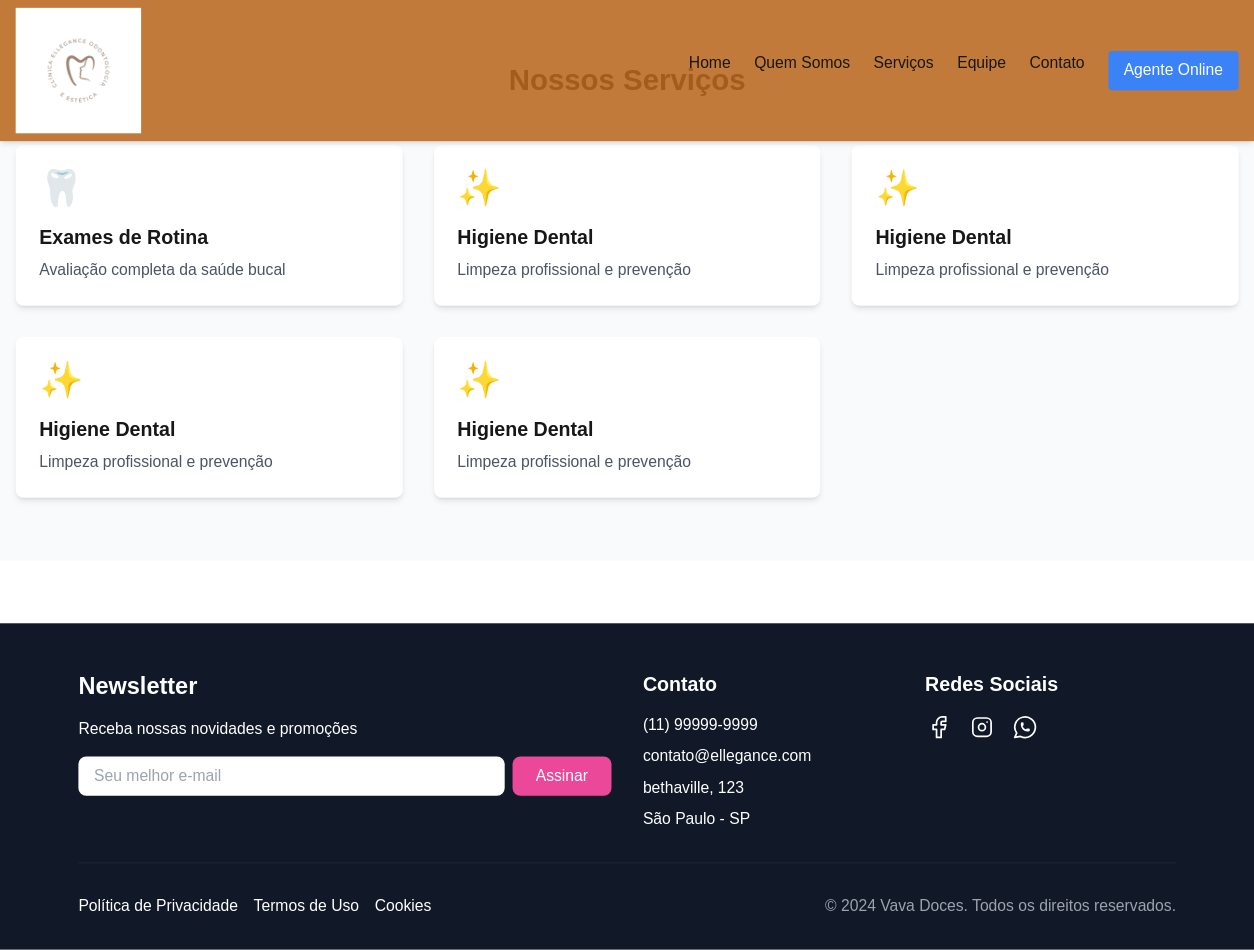
Repository: francisguitt/ellegance_odontologia
Page: /services_
An editor plug-in stored every save of this project. The page is shown before and after the next save, followed by the edit.
The browser window is 1280 px wide. The pictures show the whole page, at 98% of full size.
The project was rebuilt for these pictures with package versions that can differ from the ones it lists, and the page was loaded fresh each time. The framework's server and built-in components were replaced by stand-ins that run in the browser. Also part of the build but not shown: next.config.mjs.

Above is the page before, as saved 2025-02-22 11:58:35.

### src/app/layout.tsx
import type { Metadata } from "next";
import localFont from "next/font/local";
import "./globals.css";
import Header from "@/app/components/header";
import Footer from "@/app/components/footer";

const geistSans = localFont({
  src: "./fonts/GeistVF.woff",
  variable: "--font-geist-sans",
  weight: "100 900",
});
const geistMono = localFont({
  src: "./fonts/GeistMonoVF.woff",
  variable: "--font-geist-mono",
  weight: "100 900",
});

export const metadata: Metadata = {
  title: "Create Next App",
  description: "Generated by create next app",
};

export default function RootLayout({
  children,
}: Readonly<{
  children: React.ReactNode;
}>) {
  return (
    <html lang="en">
      <body
        className={`${geistSans.variable} ${geistMono.variable} antialiased`}
      >
      <Header/>
        {children}
        <Footer/>
      </body>
    </html>
  );
}

### src/app/services_/page.tsx
const Services = () => {
    const services = [
      {
        title: 'Exames de Rotina',
        description: 'Avaliação completa da saúde bucal',
        icon: '🦷'
      },
      {
        title: 'Higiene Dental',
        description: 'Limpeza profissional e prevenção',
        icon: '✨'
      },
      {
        title: 'Higiene Dental',
        description: 'Limpeza profissional e prevenção',
        icon: '✨'
      },
      {
        title: 'Higiene Dental',
        description: 'Limpeza profissional e prevenção',
        icon: '✨'
      },
      {
        title: 'Higiene Dental',
        description: 'Limpeza profissional e prevenção',
        icon: '✨'
      },
    ];

    return (
      <section id="services" className="py-16 bg-gray-50">
        <div className="container mx-auto px-4">
          <h2 className="text-3xl font-bold text-center mb-12">Nossos Serviços</h2>
          <div className="grid grid-cols-1 md:grid-cols-3 gap-8">
            {services.map((service, index) => (
              <div key={index} className="bg-white p-6 rounded-lg shadow-md">
                <div className="text-4xl mb-4">{service.icon}</div>
                <h3 className="text-xl font-semibold mb-2">{service.title}</h3>
                <p className="text-gray-600">{service.description}</p>
              </div>
            ))}
          </div>
        </div>
      </section>
    );
  };

  export default Services;

### src/app/globals.css
@tailwind base;
@tailwind components;
@tailwind utilities;

:root {
  --primary-color: #b8671cde;
  --secundary-color: #ffd079;
  --background: #ffffff;
  --foreground: #171717;
}

@media (prefers-color-scheme: dark) {
  :root {
    /* --background: #0a0a0a;
    --foreground: #ededed; */
  }
}

body {
  color: var(--foreground);
  background: var(--background);
  font-family: Arial, Helvetica, sans-serif;
}

@layer utilities {
  .text-balance {
    text-wrap: balance;
  }
}

### src/app/components/header.tsx


"use client";
import { useState } from 'react';
import { Link } from 'react-scroll';
import Image from 'next/image';
import logo from "@/images/logo_odonto.jpg";
import { IconMenu2, IconX } from '@tabler/icons-react';

const Header = () => {
  const [isMenuOpen, setIsMenuOpen] = useState(false);

  const toggleMenu = () => {
    setIsMenuOpen(!isMenuOpen);
  };

  const menuItems = [
    { to: "home", label: "Home" },
    { to: "about", label: "Quem Somos" },
    { to: "services", label: "Serviços" },
    { to: "team", label: "Equipe" },
    { to: "contact", label: "Contato" },
  ];

  return (
    <header className="fixed w-full  bg-[var(--primary-color)] shadow-md z-50">
      <div className="container mx-auto px-4 py-2 flex justify-between items-center">
        {/* <div className="logo">  */}
          <Image
            src={logo}
            alt="Ellegance Dental"
            className="w-32 h-32"
          />
        {/* </div> */}

        {/* Desktop Navigation */}
        <nav className="hidden md:flex space-x-6">
          {menuItems.map((item) => (
            <Link
              key={item.to}
              to={item.to}
              smooth={true}
              className="cursor-pointer hover:text-blue-500 transition-colors"
            >
              {item.label}
            </Link>
          ))}
          <button className="bg-blue-500 text-white px-4 py-2 rounded hover:bg-blue-600 transition-colors">
            Agente Online
          </button>
        </nav>

        {/* Mobile Menu Button */}
        <button
          onClick={toggleMenu}
          className="md:hidden text-gray-600 hover:text-blue-500 transition-colors"
        >
          {isMenuOpen ? <IconX size={24} /> : <IconMenu2 size={24} />}
        </button>
      </div>

      {/* Mobile Navigation */}
      <nav className={`
        md:hidden bg-white
        transition-all duration-300 ease-in-out
        ${isMenuOpen ? 'max-h-96 opacity-100' : 'max-h-0 opacity-0'}
        overflow-hidden
      `}>
        <div className="container mx-auto px-4 py-2 flex flex-col space-y-4">
          {menuItems.map((item) => (
            <Link
              key={item.to}
              to={item.to}
              smooth={true}
              className="cursor-pointer hover:text-blue-500 transition-colors py-2"
              onClick={() => setIsMenuOpen(false)}
            >
              {item.label}
            </Link>
          ))}
          <button className="bg-blue-500 text-white px-4 py-2 rounded hover:bg-blue-600 transition-colors w-full">
            Agente Online
          </button>
        </div>
      </nav>
    </header>
  );
};

export default Header;

### src/app/components/footer.tsx
'use client'
import { useState } from 'react'
import {
  IconBrandFacebook,
  IconBrandInstagram,
  IconBrandWhatsapp,
  IconMail
} from '@tabler/icons-react'

function Footer() {
  const [email, setEmail] = useState('')

  const handleSubmit = (e: React.FormEvent) => {
    e.preventDefault()
    setEmail('')
  }

  return (
    <footer className="bg-gray-900 text-white pt-12 mt-16">
      <div className="max-w-6xl mx-auto px-4">
        <div className="grid grid-cols-1 md:grid-cols-4 gap-8 pb-8">
          <div className="col-span-1 md:col-span-2">
            <h3 className="text-2xl font-bold mb-4">Newsletter</h3>
            <p className="mb-4">Receba nossas novidades e promoções</p>
            <form onSubmit={handleSubmit} className="flex gap-2">
              <input
                type="email"
                value={email}
                onChange={(e) => setEmail(e.target.value)}
                placeholder="Seu melhor e-mail"
                className="flex-1 px-4 py-2 rounded-lg text-gray-900"
                required
              />
              <button
                type="submit"
                className="bg-pink-500 px-6 py-2 rounded-lg hover:bg-pink-600 transition"
              >
                Assinar
              </button>
            </form>
          </div>

          <div>
            <h3 className="text-xl font-bold mb-4">Contato</h3>
            <ul className="space-y-2">
              <li>
                <a href="tel:+5511999999999" className="hover:text-pink-400">
                  (11) 99999-9999
                </a>
              </li>
              <li>
                <a href="mailto:contato@elleganceodontologia.com" className="hover:text-pink-400">
                  contato@ellegance.com
                </a>
              </li>
              <li>bethaville, 123</li>
              <li>São Paulo - SP</li>
            </ul>
          </div>

          <div>
            <h3 className="text-xl font-bold mb-4">Redes Sociais</h3>
            <div className="flex gap-4">
              <a href="https://facebook.com" target="_blank" rel="noopener noreferrer"
                className="hover:text-pink-400 transition">
                <IconBrandFacebook size={28} stroke={1.5} />
              </a>
              <a href="https://instagram.com" target="_blank" rel="noopener noreferrer"
                className="hover:text-pink-400 transition">
                <IconBrandInstagram size={28} stroke={1.5} />
              </a>
              <a href="https://wa.me/5511999999999" target="_blank" rel="noopener noreferrer"
                className="hover:text-pink-400 transition">
                <IconBrandWhatsapp size={28} stroke={1.5} />
              </a>
            </div>
          </div>
        </div>

        <div className="border-t border-gray-800 py-8">
          <div className="flex flex-col md:flex-row justify-between items-center">
            <div className="flex gap-4 mb-4 md:mb-0">
              <a href="/politica-privacidade" className="hover:text-pink-400 transition">
                Política de Privacidade
              </a>
              <a href="/termos-uso" className="hover:text-pink-400 transition">
                Termos de Uso
              </a>
              <a href="/cookies" className="hover:text-pink-400 transition">
                Cookies
              </a>
            </div>
            <p className="text-gray-400">
              © {new Date().getFullYear()} Vava Doces. Todos os direitos reservados.
            </p>
          </div>
        </div>
      </div>
    </footer>
  )
}
export default Footer;

Loaded but not shown: tailwind.config.ts (common file)

After the next save:
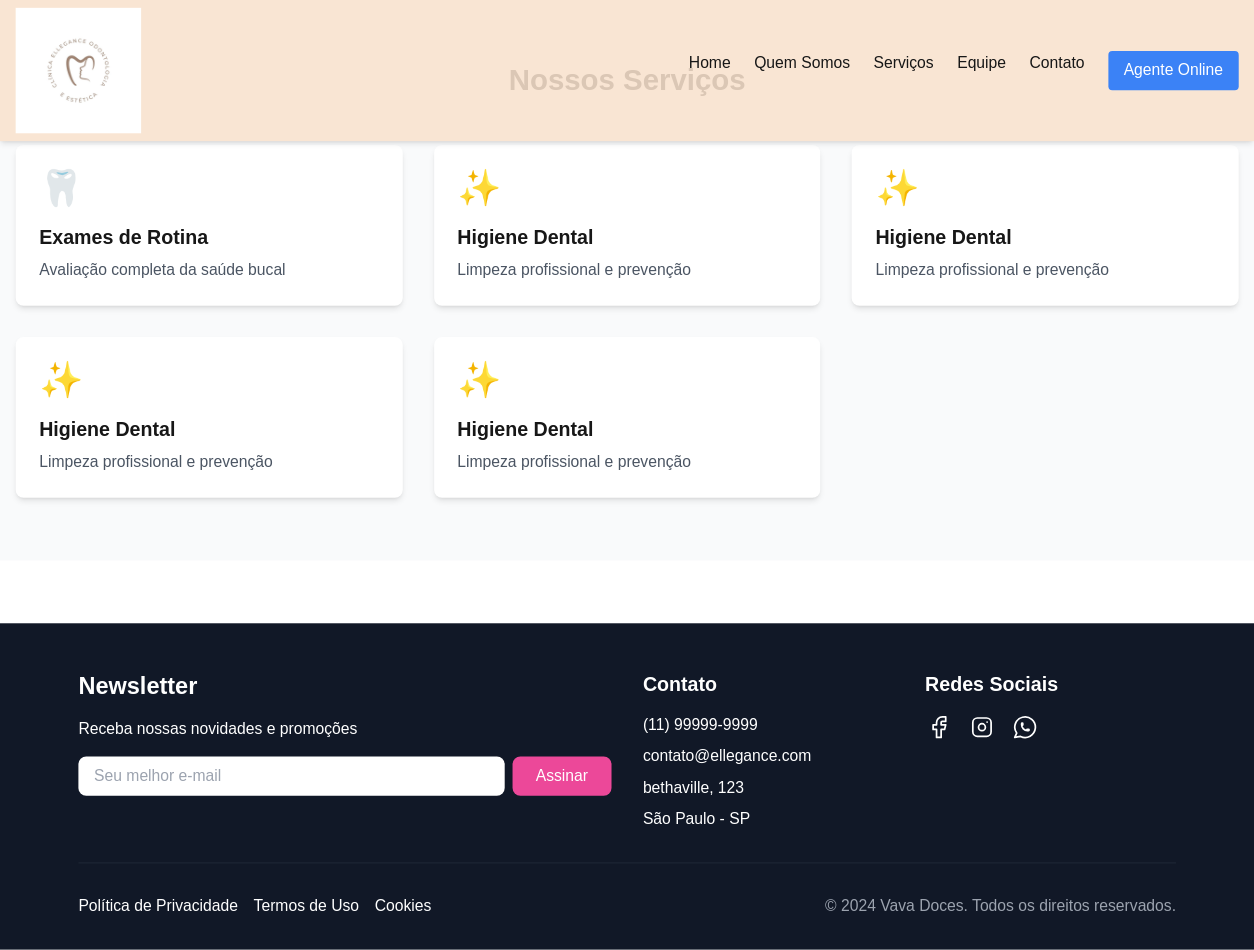
Saved 70 s later.
--- a/src/app/globals.css
+++ b/src/app/globals.css
@@ -3,7 +3,7 @@
 @tailwind utilities;
 
 :root {
-  --primary-color: #b8671cde;
+  --primary-color: #f8e2cdde;
   --secundary-color: #ffd079;
   --background: #ffffff;
   --foreground: #171717;
